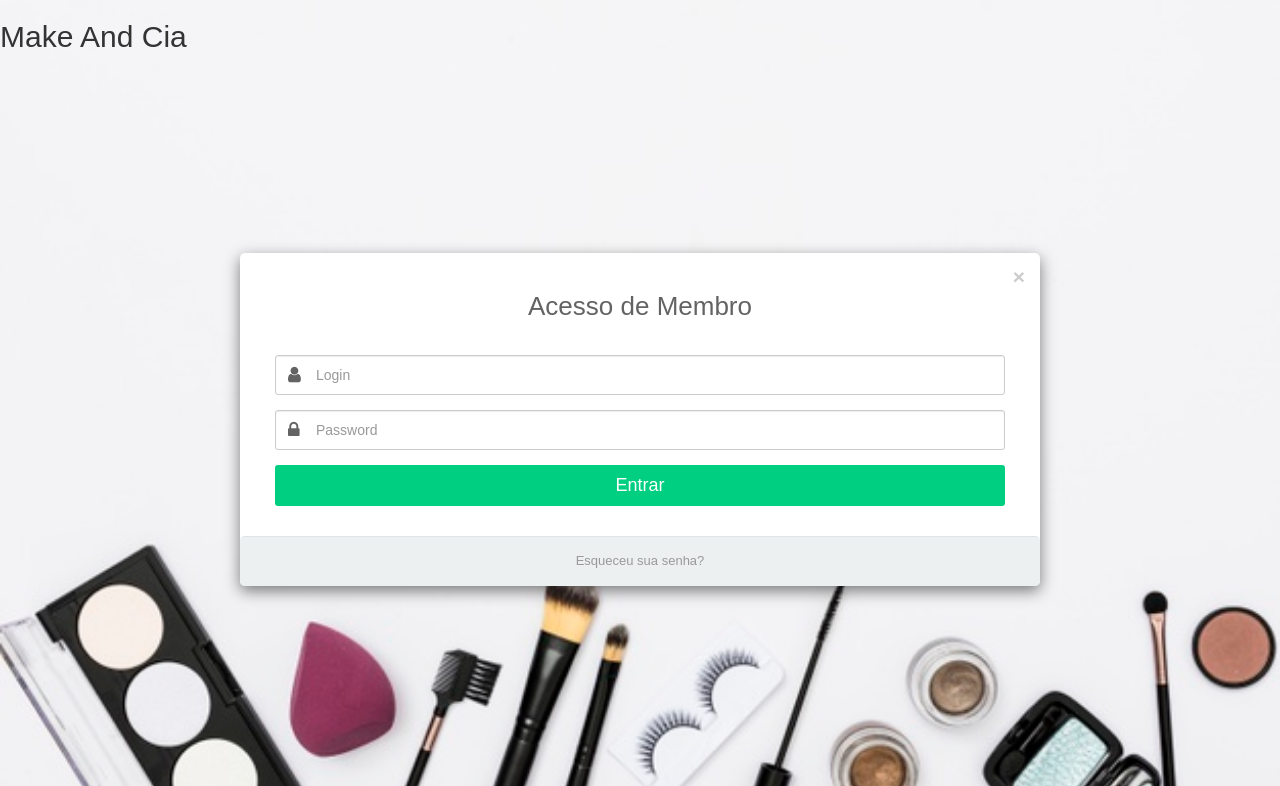
Repository: thuliobarbosa/Make_and_Cia
Page: Projeto_Make&Cia/MakeAndCia/WebContent/www/login.html
These files come from the project's save history. The page is drawn as it stood at one moment and after the next save; the edit follows.
The browser window is 1280 px wide. The pictures show the whole page.
Some web fonts or font styles are not loaded; a fallback is used.

Above is the page before, as saved 2020-11-10 19:58:56.

After the next save:
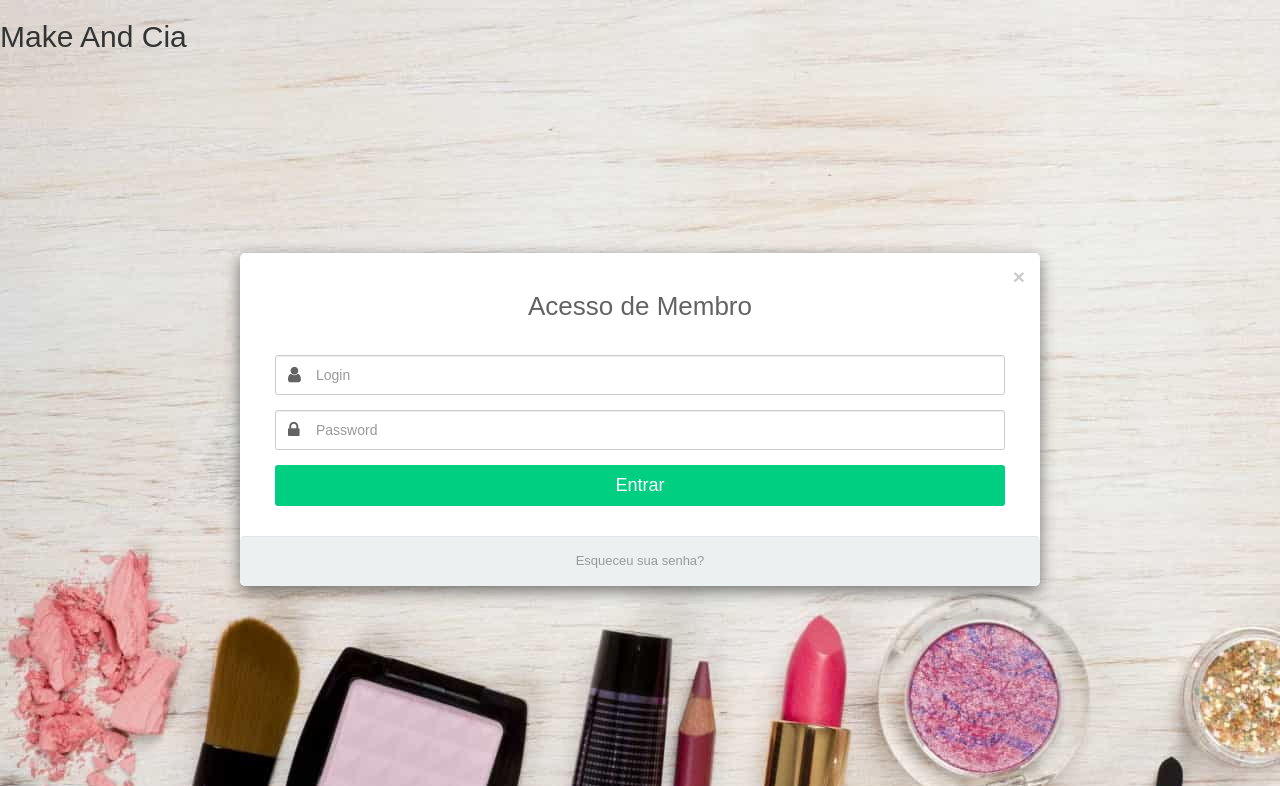
Saved 3 min 10 s later.
--- a/Projeto_Make&Cia/MakeAndCia/WebContent/www/login.html
+++ b/Projeto_Make&Cia/MakeAndCia/WebContent/www/login.html
@@ -13,8 +13,8 @@
 <style>
     body {
 		font-family: 'Varela Round', sans-serif;
-		background-image: url("dist/img/make.jpg");
-		background-size: cover
+		background-image: url("dist/img/make2.jpg");
+		background-size:
 	}
 	.modal-login {
 		color: #636363;
